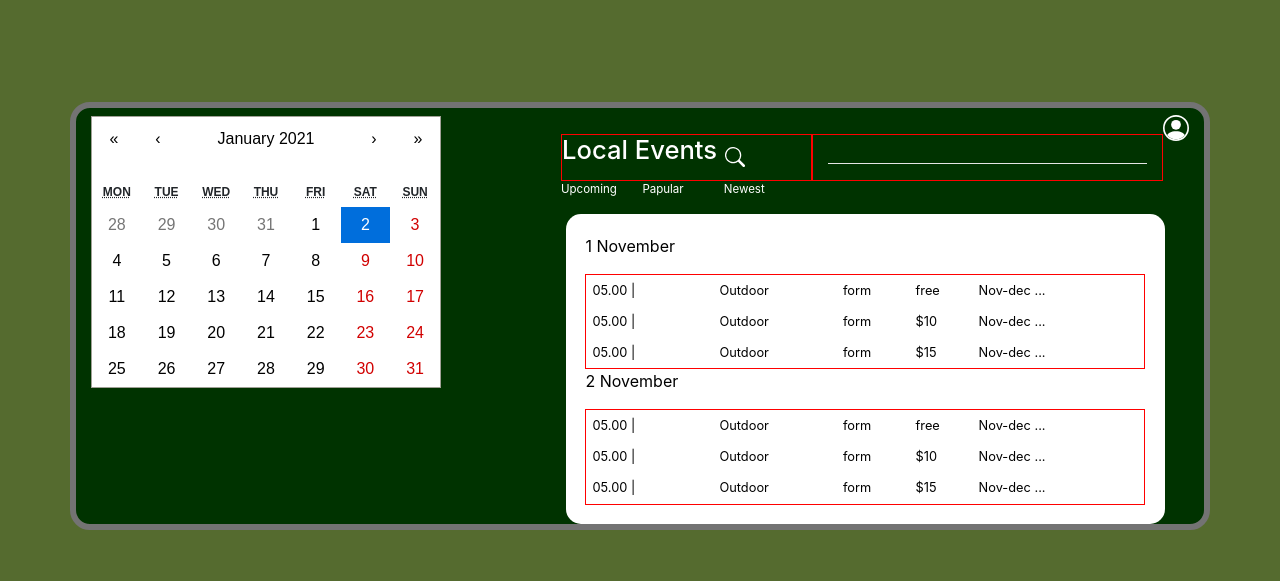
Repository: lalji-yadav/Calendar-code
Page: /
The author's editor kept a copy of each file at every save. The page is drawn from the files as they stood at one save, then again after the next save.
The browser window is 1280 px wide. The pictures show the whole page.
The project was rebuilt for these pictures with package versions that can differ from the ones it lists, and the page was loaded fresh each time. Also part of the build but not shown: src/App.css.

Above is the page before, as saved 2021-01-04 11:15:52.

After the next save:
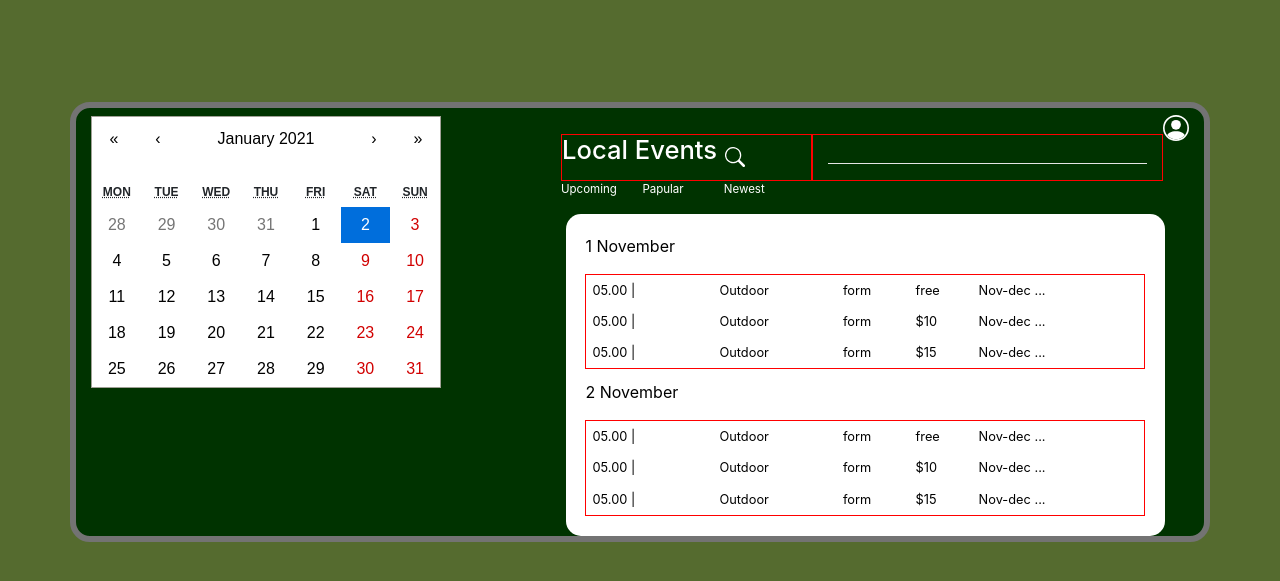
Saved 76 s later.
--- a/src/calendar/Home.js
+++ b/src/calendar/Home.js
@@ -82,7 +82,7 @@ function Home() {
                     </tbody>
                   </table>
 
-                  <p> 2 November </p>
+                  <p style={{paddingTop:"2%"}}> 2 November </p>
                   <table  style={{width:"100%", fontSize:"1vw", border:"1px solid red"}}>
 
                     <tbody>
